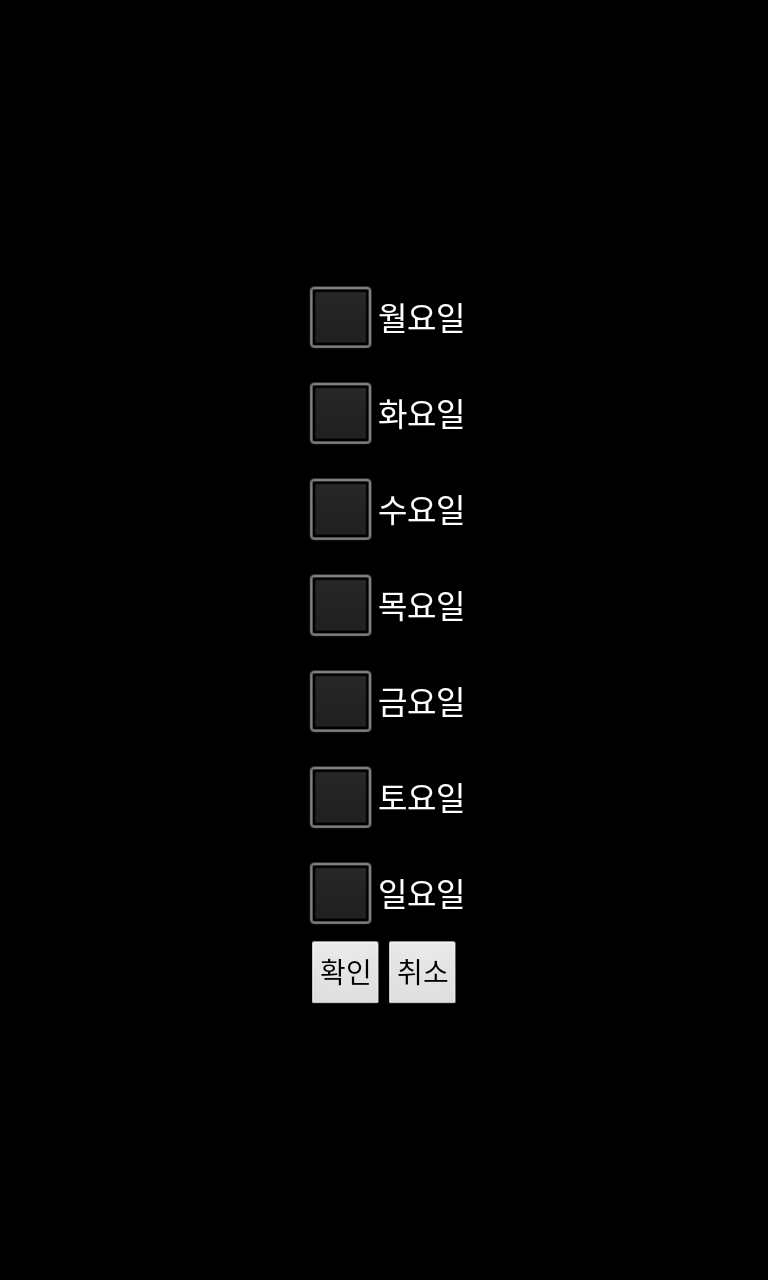
Repository: blacky512/smart_morning_call
Layout: client/SmartMorningCall/res/layout/dayselect_frag.xml
The author's editor kept a copy of each file at every save. The layout is drawn from the files as they stood at one save, then again after the next save.
It is drawn on a 768 x 1280 px phone screen (xhdpi) without system bars, with theme android:Theme.NoTitleBar; the app's code is not run.

Above is the layout before, as saved 2013-02-19 12:54:59.

After the next save:
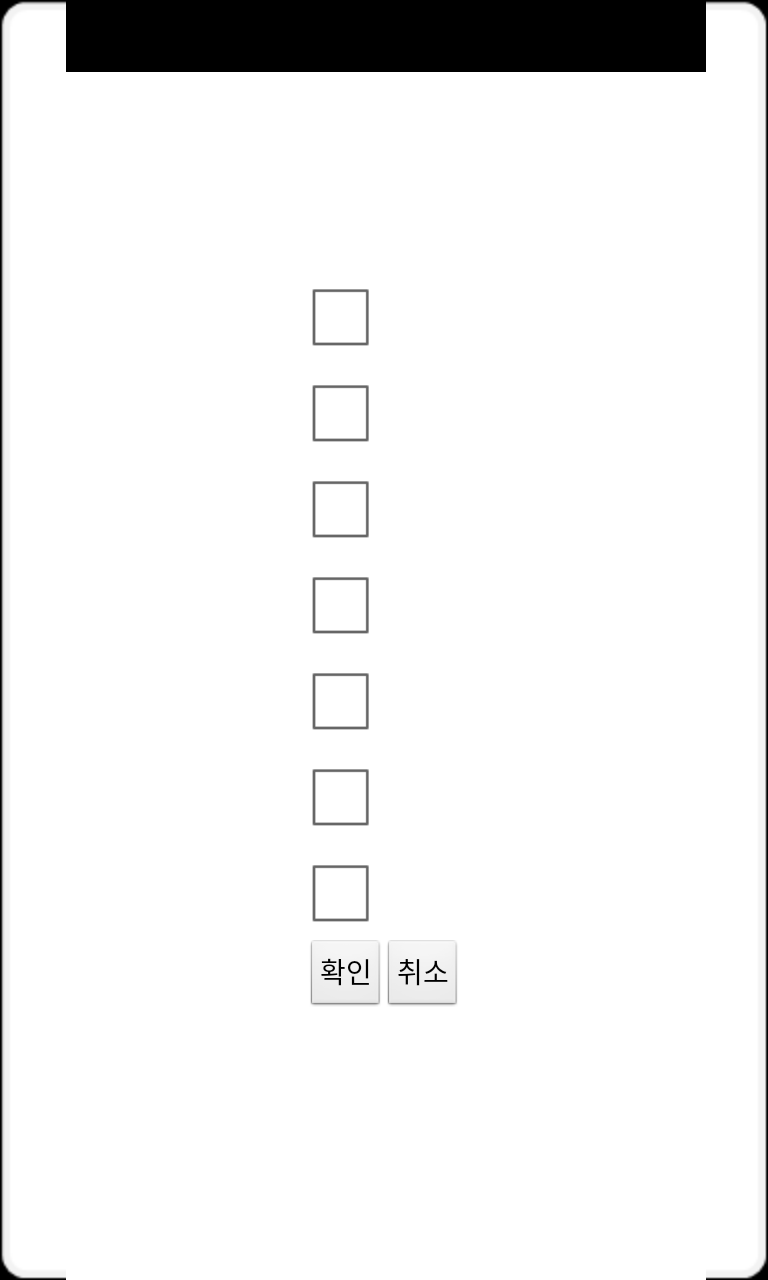
Saved 2 min 23 s later.
--- a/client/SmartMorningCall/res/layout/dayselect_frag.xml
+++ b/client/SmartMorningCall/res/layout/dayselect_frag.xml
@@ -3,6 +3,7 @@
     android:id="@+id/RelativeLayout1"
     android:layout_width="match_parent"
     android:layout_height="match_parent"
+    android:background="@drawable/te"
     android:orientation="vertical" >
 
     <RelativeLayout
